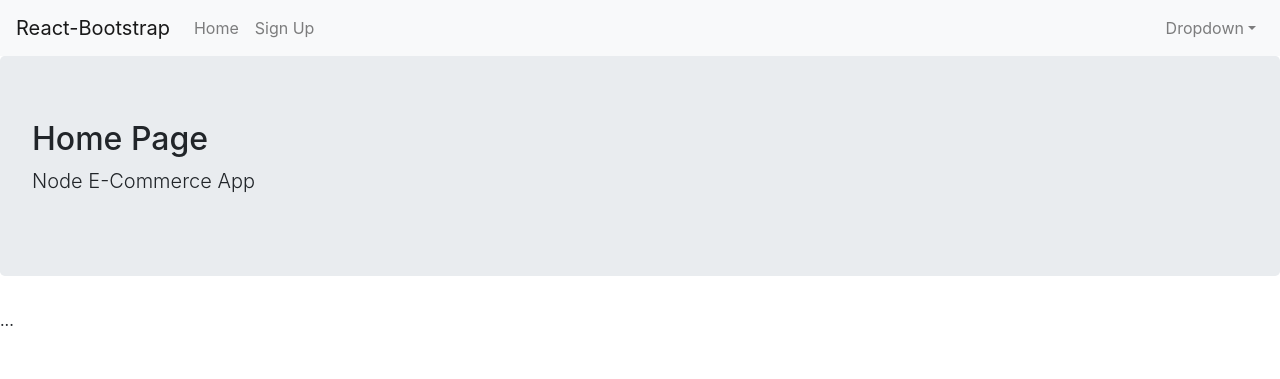
Repository: Awhit-commits/ecommerce_app_medium
Page: / (app in client/)
An editor plug-in stored every save of this project. The page is shown before and after a run of saves, followed by the edit.
The browser window is 1280 px wide. The pictures show the whole page.
The project was rebuilt for these pictures with package versions that can differ from the ones it lists, and the page was loaded fresh each time. Also part of the build but not shown: client/src/App.css, client/src/component/Auth/Login/LoginForm.jsx, client/src/component/Auth/Sign Up/SignUpForm.jsx, client/src/component/Dashboard/UserDashboard.jsx, client/src/component/Auth/Private Route/PrivateRoute.jsx.

Above is the page before, as saved 2020-12-01 21:20:55.

### client/src/App.js
import React from 'react';
import logo from './logo.svg';
import './App.css';

import 'bootstrap/dist/css/bootstrap.min.css';
import AppContainer from './component/AppContainer';


function App() {
  return (
    <div className="">
     <AppContainer/>
    </div>
  );
}


export default App;

### client/src/component/AppContainer.jsx
import React from 'react'
import { BrowserRouter as Router,Switch,Route } from 'react-router-dom'
// import Login from './Auth/Login/Login'
import LoginForm from './Auth/Login/LoginForm'
// import Signup from './Auth/Sign Up/Signup'
import SignUpForm from './Auth/Sign Up/SignUpForm'
import Home from './Core/Home'
import NavBar from './NavBar/NavBar'
import UserDashboard from './Dashboard/UserDashboard'
import PrivateRoute from './Auth/Private Route/PrivateRoute'


export default function AppContainer() {

    return (
        <div>

            <Router>
                <NavBar/>
                <Switch>

            <Route path = "/" exact component = {Home}></Route>
            <Route path = "/signup"><SignUpForm/></Route>
            <Route path = "/login"><LoginForm/></Route>
            <PrivateRoute path="/dashboard"  exact component = {UserDashboard}/>
            </Switch>



    </Router>

        </div>
    )
}

### client/src/component/Core/Home.jsx
import React from 'react'
import Layout from './Layout'

const Home= () =>(

    <Layout title = "Home Page" description = "Node E-Commerce App">... </Layout>
)
export default Home

### client/src/component/NavBar/NavBar.jsx
import React, { Fragment } from 'react';
import {Link,withRouter} from 'react-router-dom';
import Navbar from "react-bootstrap/Navbar"
import Nav from "react-bootstrap/Nav";
import NavDropdown from "react-bootstrap/NavDropdown"
import Signup from '../Auth/Sign Up/Signup';
import Login from '../Auth/Login/Login';
import Button from 'react-bootstrap/esm/Button';

import {signOut,isAuthenicated} from '../Auth/index'
import UserDashboard from '../Dashboard/UserDashboard';

const isActive = (history,path)=>{
    if(history.location.pathname === path){
        return{color:"#ff9900"};
    }
    else{
        return{color:"#7F7F7F"};
    }
}

const Menu =({history})=> (
  //   <Navbar bg="light" expand="lg">
  // <Navbar.Brand href="/">React-Bootstrap</Navbar.Brand>
  // <Navbar.Toggle aria-controls="basic-navbar-nav" />
  // <Navbar.Collapse id="basic-navbar-nav">
  //   <Nav className="mr-auto">
  //     <Nav.Link href="/"><Button style = {isActive(history,"/")} variant = "">Home</Button></Nav.Link>
  //     {!isAuthenicated() && <Fragment> <Nav.Item><Nav.Link href="#" ><Button  style = {isActive(history,"/signup")} variant = ""><Signup /></Button></Nav.Link></Nav.Item>
  //    <Nav.Item> <Nav.Link href="#"><Button  style = {isActive(history,"/login")} variant = ""><Login /></Button></Nav.Link></Nav.Item>
  //    </Fragment>}

  //     {isAuthenicated() && (<Fragment><Nav.Item> <Nav.Link href="#" ><Button style = {isActive(history,"/signout")} variant ="" onClick = {()=>signOut(()=>{history.push("/")})}>Signout</Button></Nav.Link></Nav.Item>
  //     <Nav.Item><Nav.Link href = "/dashboard"><Button style = {isActive(history,"/dashboard")} variant ="">Dashboard</Button></Nav.Link></Nav.Item></Fragment>
  //     )}



  //   </Nav>
  //   </Navbar.Collapse>
  //   </Navbar>

  <Navbar bg="light" expand="lg">
  <Navbar.Brand href="#home">React-Bootstrap</Navbar.Brand>
  <Navbar.Toggle aria-controls="basic-navbar-nav" />
  <Navbar.Collapse id="basic-navbar-nav">
    <Nav className="mr-auto">
      <Nav.Link href="#home">Home</Nav.Link>
      <Nav.Link href="#">Sign Up</Nav.Link>
      </Nav>
      <Nav>
      <NavDropdown title="Dropdown" id="basic-nav-dropdown">
        <NavDropdown.Item href="#action/3.1">Action</NavDropdown.Item>
        <NavDropdown.Item href="#action/3.2">Another action</NavDropdown.Item>
        <NavDropdown.Item href="#action/3.3">Something</NavDropdown.Item>
        <NavDropdown.Divider />
        <NavDropdown.Item href="#action/3.4">Separated link</NavDropdown.Item>
      </NavDropdown>
    </Nav>
  </Navbar.Collapse>
</Navbar>
)
export default withRouter(Menu)

### client/src/component/Core/Layout.jsx
import React from 'react'
import Jumbotron from 'react-bootstrap/Jumbotron'

const Layout  = ({title = "Title",
description = "Description",
className,children} )=>(
    <div>
        <Jumbotron>
            <h2>{title}</h2>
            <p className = "lead"> {description}</p>
        </Jumbotron>
        <div className = {className}> {children}</div>
    </div>

)

export default Layout

### client/src/component/Auth/index.js


 export const authenticate = (data,next)=>
 {
     if(typeof window !=='undefined'){
         localStorage.setItem('jwt',JSON.stringify(data))
         next()
     }
 }

 export const signOut = async (next)=>{
     if(typeof window !== 'undefined'){
         localStorage.removeItem('jwt')
         next()
         let response = await fetch('/api/signout')
         let json = await response.json()
         console.log(json)

     }
 }

 export const isAuthenicated = ()=>{
     if (typeof window =='undefined'){
         return false
     }
     if (localStorage.getItem('jwt')){
         return JSON.parse(localStorage.getItem('jwt'))
     }
     else{
         return false
     }
 }

### client/src/component/Auth/Sign Up/Signup.jsx
import React, { useState } from "react";
import { Link } from "react-router-dom";

import Button from "react-bootstrap/Button";
import Modal from "react-bootstrap/Modal";
import Form from "react-bootstrap/Form";
import Alert from "react-bootstrap/Alert";
import Login from "../Login/Login";

function Signup() {
  const [show, setShow] = useState(false);
  // const [name, setName] = useState("");
  // const [email, setEmail] = useState("");
  // const [password, setPassword] = useState("");
  const [values, setValues] = useState({
    name: "",
    email: "",
    password: "",
    error: "",
    success: false,
  });
  const { name, email, password, success, error } = values;

  const handleClose = () => setShow(false);
  const handleShow = () => setShow(true);

  const handleChange = (name) => (event) => {
    setValues({ ...values, error: false, [name]: event.target.value });
  };
  const handleSubmission = async (event) => {
    event.preventDefault();
    let accountInfo = {
      name,
      email,
      password,
    };
    let response = await fetch("/api/signup", {
      method: "Post",
      headers: {
        Accept: "application/json",
        "Content-Type": "application/json",
      },
      body: JSON.stringify(accountInfo),
    });
    let json = await response.json();
    if (json.error) {
      console.log(json.error);
      setValues({ ...values, error: json.error, success: false });
    } else {
      setValues({
        ...values,
        name: "",
        email: "",
        passowrd: "",
        error: "",
        success: true,
      });
    }
  };
  const showError = () => (
    <Alert variant="danger" style={{ display: error ? "" : "none" }}>
      <p>{error}</p>
    </Alert>
  );
  const showSuccess = () => (
    <Alert variant="info" style={{ display: success ? "" : "none" }}>
      <p>
        New account was created. Please{" "}
        <Link>
          <Login />
        </Link>
        .
      </p>
    </Alert>
  );

  return (
    <>
      <span onClick={handleShow}>Create An Account</span>

      <Modal show={show} onHide={handleClose}>
        <Modal.Header closeButton>
          <Modal.Title>Create An Account</Modal.Title>
        </Modal.Header>
        <Modal.Body>
          {showError()}
          {showSuccess()}
          <Form>
            <Form.Group>
              <Form.Label>Name</Form.Label>
              <Form.Control
                type="text"
                placeholder="Your Name"
                onChange={handleChange("name")}
                value={name}
              />
            </Form.Group>
            <Form.Group controlId="formBasicEmail">
              <Form.Label>Email Address</Form.Label>
              <Form.Control
                type="email"
                placeholder="Email"
                onChange={handleChange("email")}
                value={email}
              />
            </Form.Group>
            <Form.Group controlId="formBasicPassword">
              <Form.Label>Password</Form.Label>
              <Form.Control
                type="password"
                placeholder="Password"
                onChange={handleChange("password")}
                value={password}
              />
              <Form.Text id="passwordHelpBlock" muted>
                Your password must be 6-32 characters long, contain letters and
                numbers, and must not contain spaces, special characters, or
                emoji.
              </Form.Text>
              <Form.Text className="" style={{ textAlign: "center" }}>
                Already have an account?{" "}
                <Link to="/login" onClick={handleClose}>
                  Click Here!
                </Link>
              </Form.Text>
            </Form.Group>
          </Form>
        </Modal.Body>
        <Modal.Footer>
          <Button variant="secondary" onClick={handleClose}>
            Close
          </Button>
          <Button variant="primary" onClick={(handleClose, handleSubmission)}>
            Submit
          </Button>
        </Modal.Footer>
      </Modal>
    </>
  );
}
export default Signup;

### client/src/component/Auth/Login/Login.jsx
import React, { useState } from "react";
import Button from "react-bootstrap/Button";
import Modal from "react-bootstrap/Modal";
import Form from "react-bootstrap/Form"
import Alert from "react-bootstrap/Alert"
import { Link,Redirect } from 'react-router-dom'
import{authenticate as authenticate,isAuthenicated} from '../index'

function Login() {
  const [show, setShow] = useState(false);
  const [values, setValues] = useState({email:"",password:"",error:"",loading:false,redirectToReferrer:false})

  const handleClose = () => setShow(false);
  const handleShow = () => setShow(true);
  const {email,password,error,loading,redirectToReferrer} = values

  const handleChange = (name) => (event) => {
    setValues({ ...values, error: false, [name]: event.target.value });
  };

  const {user} = isAuthenicated();

  const handleLogin = async (event)=>{
     let loginInfo = {
          email:email,
          password:password
      }
      event.preventDefault();
       let response =  await fetch("/api/login",{
           method:"Post",
           headers:{
               "Accept":"application/json",
               "Content-Type":"application/json"
           },
           body:JSON.stringify(loginInfo)
       })
      let json = await response.json();
      console.log(json);
      setValues({...values,error:false,loading:true})
      if(json.error){
        setValues({...values,error:json.error,loading:false,redirectToReferrer:false})
    }
    else{
      authenticate(json,()=>{
        setValues ({...values,redirectToReferrer:true})
      })

        handleClose()
    }
  }
  const showError = () => (
    <Alert variant="danger" style={{ display: error ? "" : "none" }}>
      <p>{error}</p>
    </Alert>
  );
const showLoading  = ()=>(
  loading && (<Alert variant ="info"><h2>Loading...</h2></Alert>)
)

const redirectUser = ()=>{
  if(redirectToReferrer){
    if(user && user.role ===1){
      return (<Redirect to = "/admin/dashboard"/>)
    }
    else{
      return ( <Redirect to = "/dashboard"/>)
    }


  }
}
  return (
    <>
       <span onClick={handleShow}>
        Login</span>


      <Modal show={show} onHide={handleClose}>
        <Modal.Header closeButton>
          <Modal.Title>Login</Modal.Title>
        </Modal.Header>
        <Modal.Body>

            <Form>
            {redirectUser()}
          {showLoading()}
              {showError()}
                <Form.Group controlId = "formBasicEmail" >
                    <Form.Label>
                        Email Address
                    </Form.Label>
                    <Form.Control  onChange =  {handleChange('email')} value = {email} type = "email" placeholder = "Enter email"/>




                </Form.Group>
            <Form.Group controlId= "formBasicPassword" >
                    <Form.Label>
                        Password
                    </Form.Label>
                    <Form.Control type = "password" placeholder = "Password" onChange = {handleChange('password')} value = {password}/>
                    <Form.Text className="" style={{ textAlign: "center" }}>
                Need to create an account?{" "}
                <Link to="/signup" onClick={handleClose}>
                  Click Here!
                </Link>
              </Form.Text>
                </Form.Group>
            </Form>
        </Modal.Body>
        <Modal.Footer>
          <Button variant="secondary" onClick={handleClose}>
            Close
          </Button>
          <Button variant="primary" onClick={handleLogin}>
            Submit
          </Button>
        </Modal.Footer>
      </Modal>
    </>
  );
}
export default Login;

Loaded but not shown: client/public/index.html (common file); client/src/index.js (common file); client/src/index.css (common file); client/src/serviceWorker.js (common file)

After the next 2 saves:
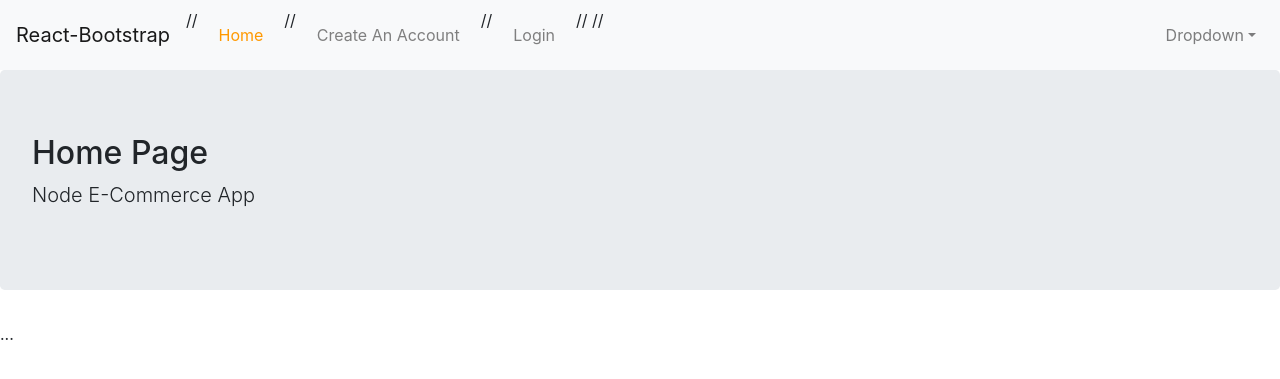
The 2 saves are shown as one change because 1 did not build or start.
The last was saved 5 min 49 s later.
--- a/client/src/component/NavBar/NavBar.jsx
+++ b/client/src/component/NavBar/NavBar.jsx
@@ -45,8 +45,14 @@ const Menu =({history})=> (
   <Navbar.Toggle aria-controls="basic-navbar-nav" />
   <Navbar.Collapse id="basic-navbar-nav">
     <Nav className="mr-auto">
-      <Nav.Link href="#home">Home</Nav.Link>
-      <Nav.Link href="#">Sign Up</Nav.Link>
+    //     <Nav.Link href="/"><Button style = {isActive(history,"/")} variant = "">Home</Button></Nav.Link>
+  //     {!isAuthenicated() && <Fragment> <Nav.Item><Nav.Link href="#" ><Button  style = {isActive(history,"/signup")} variant = ""><Signup /></Button></Nav.Link></Nav.Item>
+  //    <Nav.Item> <Nav.Link href="#"><Button  style = {isActive(history,"/login")} variant = ""><Login /></Button></Nav.Link></Nav.Item>
+  //    </Fragment>}
+
+  //     {isAuthenicated() && (<Fragment><Nav.Item> <Nav.Link href="#" ><Button style = {isActive(history,"/signout")} variant ="" onClick = {()=>signOut(()=>{history.push("/")})}>Signout</Button></Nav.Link></Nav.Item>
+  //     <Nav.Item><Nav.Link href = "/dashboard"><Button style = {isActive(history,"/dashboard")} variant ="">Dashboard</Button></Nav.Link></Nav.Item></Fragment>
+  )}
       </Nav>
       <Nav>
       <NavDropdown title="Dropdown" id="basic-nav-dropdown">
